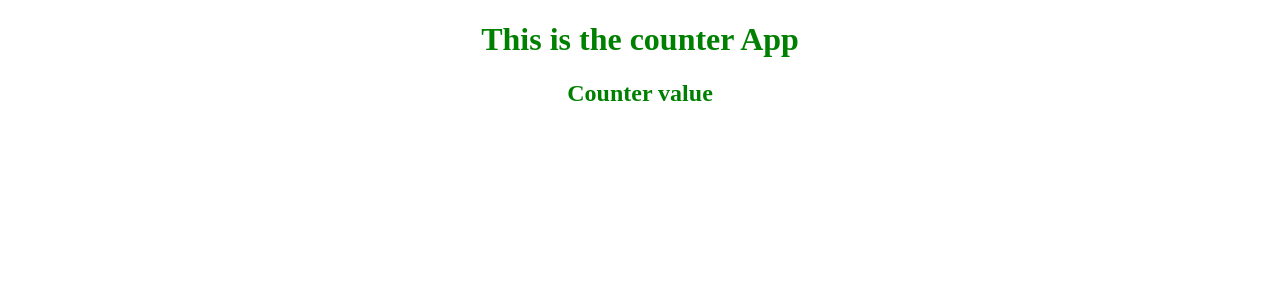
Repository: Gauravyadav678/GcounterApp
Page: / (app in gcounter/)
These files come from the project's save history. The page is drawn as it stood at one moment and after the next save; the edit follows.
The browser window is 1280 px wide. The pictures show the whole page.
The project was rebuilt for these pictures with package versions that can differ from the ones it lists, and the page was loaded fresh each time. Also part of the build but not shown: gcounter/src/index.css.

Above is the page before, as saved 2024-10-22 19:39:05.

After the next save:
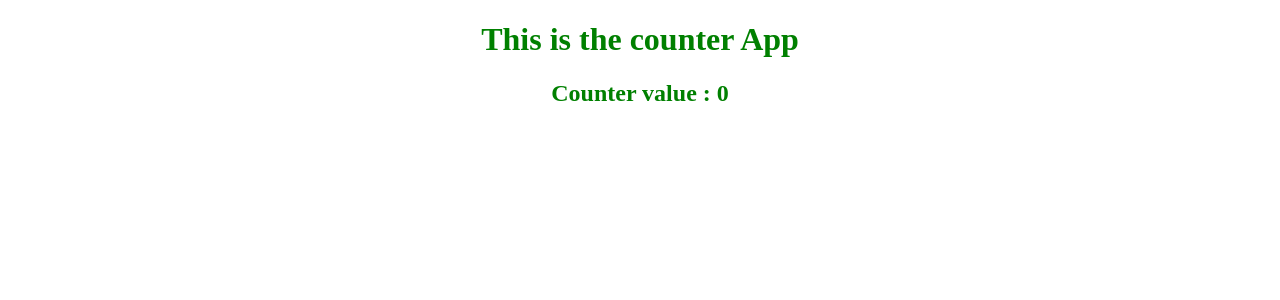
Saved 8 s later.
--- a/gcounter/src/counter.js
+++ b/gcounter/src/counter.js
@@ -5,7 +5,7 @@ function CounterApp(){
     const [count, setCount]=useState(0);
     return(
         <>
-        <h2>Counter value</h2>
+        <h2>Counter value : {count}</h2>
         </>
     )
 }
